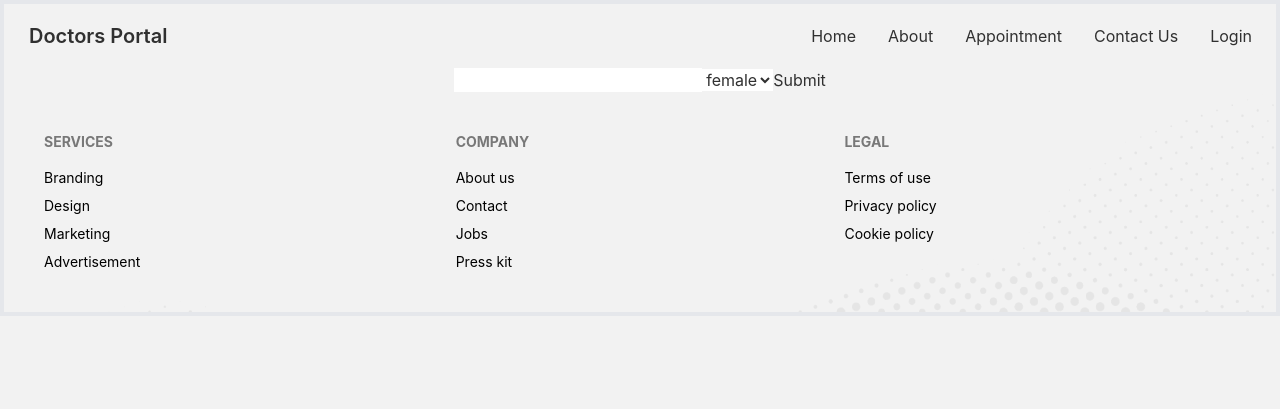
Repository: Samad77/Doctorportal-Client
Page: /login
An editor plug-in stored every save of this project. The page is shown before and after the next save, followed by the edit.
The browser window is 1280 px wide. The pictures show the whole page.
The project was rebuilt for these pictures with package versions that can differ from the ones it lists, and the page was loaded fresh each time. Also part of the build but not shown: src/Pages/Appointment/BookingModal/BookingModal.js, src/Pages/Appointment/AppoinmentCard/AppoinmentCard.js, src/Pages/Appointment/AppointmentBanner/AppointmentBanner.js, src/Pages/Appointment/AvailavleAppoinment/AvailableAppoinment.js, src/Pages/Appointment/Appoinment/Appoinment.js, src/Components/PrimaryButton/PrimaryButton.js, src/Pages/Home/Banner/Banner.js, src/Pages/Home/Cards/Cards.js and 5 more.

Above is the page before, as saved 2022-11-15 10:35:01.

After the next save:
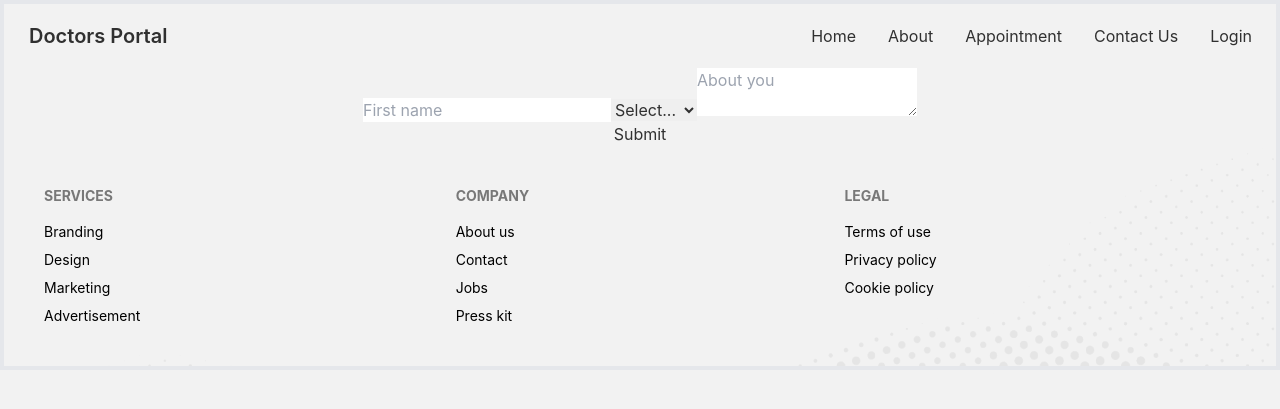
Saved 6 min 26 s later.
--- a/src/Pages/Login/Login.js
+++ b/src/Pages/Login/Login.js
@@ -2,18 +2,22 @@ import React, { useState } from 'react';
 import { useForm } from 'react-hook-form';
 
 const Login = () => {
+    const { register, handleSubmit } = useForm();
     const [data, setData] = useState("");
-    const {register, handleSubmit} = useForm()
+
     return (
-        <form onSubmit={handleSubmit(data)}>
-            <input {...register("firstName")} className="bg-white text-black"/>
-            <select {...register("gender")} className="bg-white">
-                <option value="female">female</option>
-                <option value="male">male</option>
-                <option value="other">other</option>
-            </select>
-            <input type="submit" />
-        </form>
+      <form onSubmit={handleSubmit((data) => setData(JSON.stringify(data)))}>
+
+        <input {...register("firstName")} placeholder="First name" />
+        <select {...register("category", { required: true })}>
+          <option value="">Select...</option>
+          <option value="A">Option A</option>
+          <option value="B">Option B</option>
+        </select>
+        <textarea {...register("aboutYou")} placeholder="About you" />
+        <p>{data}</p>
+        <input type="submit" />
+      </form>
     );
 };
 
